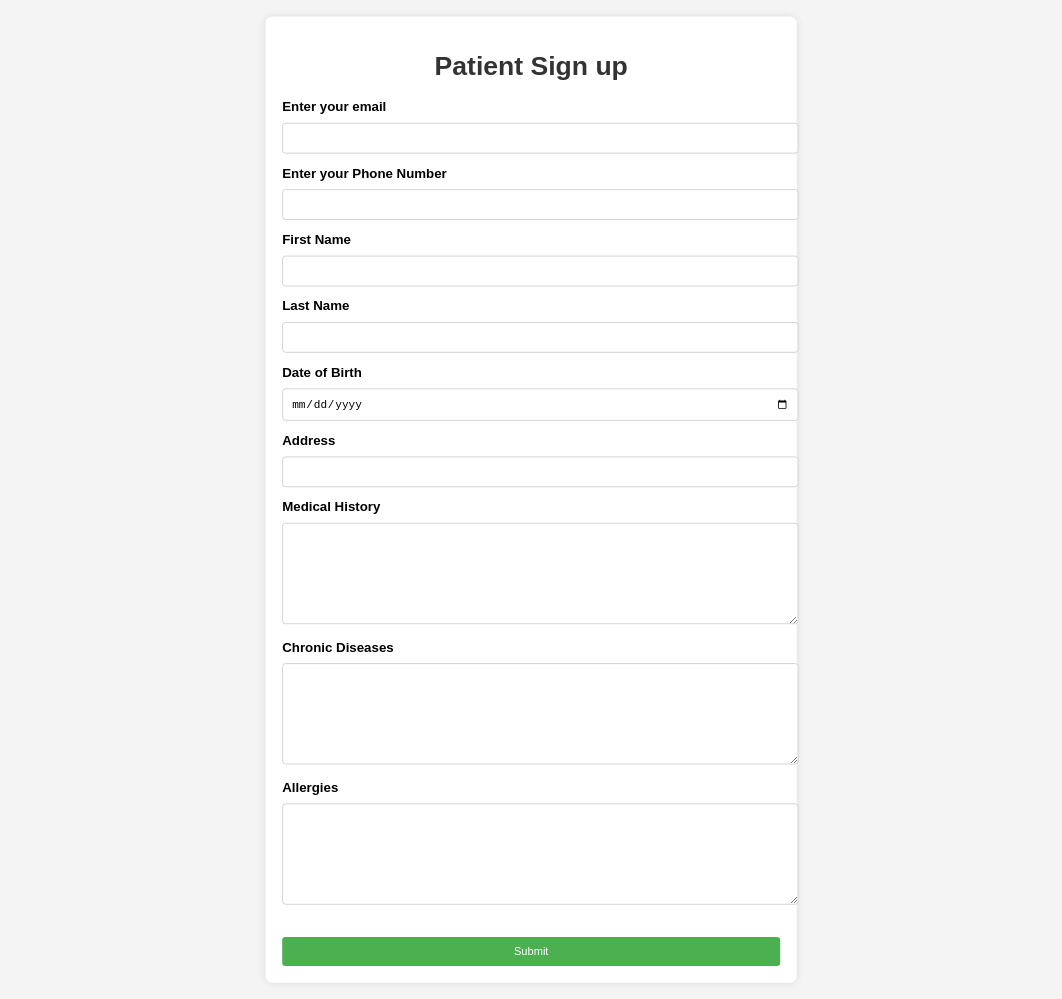
Repository: OmarAl-Saleh/Hospital-Emergency-System
Page: http://localhost/EmergencySystem/patient/sign-up.jsp
These files come from the project's save history. The page is drawn as it stood at one moment and after the next save; the edit follows.
The browser window is 1280 px wide. The pictures show the whole page, at 83% of full size.
The page is served by Tomcat 9. Other server files are loaded and not shown.

Above is the page before, as saved 2024-05-22 10:51:52.

### EmergencySystem/EmergencySystem/src/main/webapp/patient/sign-up.jsp
<!DOCTYPE html>
<html>
<head>
    <meta charset="ISO-8859-1">
    <title>Patient Profile Form</title>
    <style>
        body {
            font-family: Arial, sans-serif;
            background-color: #f4f4f4;
            margin: 0;
            padding: 20px;
        }

        form {
            background-color: white;
            padding: 20px;
            border-radius: 8px;
            box-shadow: 0 0 10px rgba(0, 0, 0, 0.1);
            max-width: 600px;
            margin: auto;
        }

        h1 {
            text-align: center;
            color: #333;
        }

        label {
            display: block;
            margin-bottom: 10px;
            font-weight: bold;
        }

        input[type="text"], input[type="date"], input[type="email"], input[type="tel"], textarea {
            width: 100%;
            padding: 10px;
            margin-bottom: 15px;
            border: 1px solid #ccc;
            border-radius: 4px;
        }

        textarea {
            height: 100px;
        }

        input[type="submit"] {
            background-color: #4CAF50;
            color: white;
            border: none;
            padding: 10px 20px;
            cursor: pointer;
            border-radius: 4px;
            width: 100%;
            margin-top: 20px;
        }

        input[type="submit"]:hover {
            background-color: #45a049;
        }
    </style>
</head>
<body>
    <form action="patient" method="post">
        <h1>Patient Sign up</h1>

        <input type="hidden" name="source" value="sign-up"/>

        <label for="email">Enter your email</label>
        <input type="email" id="email" name="email" required/>

        <label for="phoneNumber">Enter your Phone Number</label>
        <input type="tel" id="phoneNumber" name="phoneNumber" required/>

        <label for="firstName">First Name</label>
        <input type="text" id="firstName" name="firstName" required/>

        <label for="lastName">Last Name</label>
        <input type="text" id="lastName" name="lastName" required/>

        <label for="dob">Date of Birth</label>
        <input type="date" id="dob" name="dob" required/>

        <label for="address">Address</label>
        <input type="text" id="address" name="address" required/>

        <label for="medicalHistory">Medical History</label>
        <textarea id="medicalHistory" name="medicalHistory" required></textarea>

        <label for="chronicDiseases">Chronic Diseases</label>
        <textarea id="chronicDiseases" name="chronicDisease" required></textarea>

        <label for="allergies">Allergies</label>
        <textarea id="allergies" name="allergy" required></textarea>

        <input type="submit" value="Submit">
    </form>
</body>
</html>

After the next save:
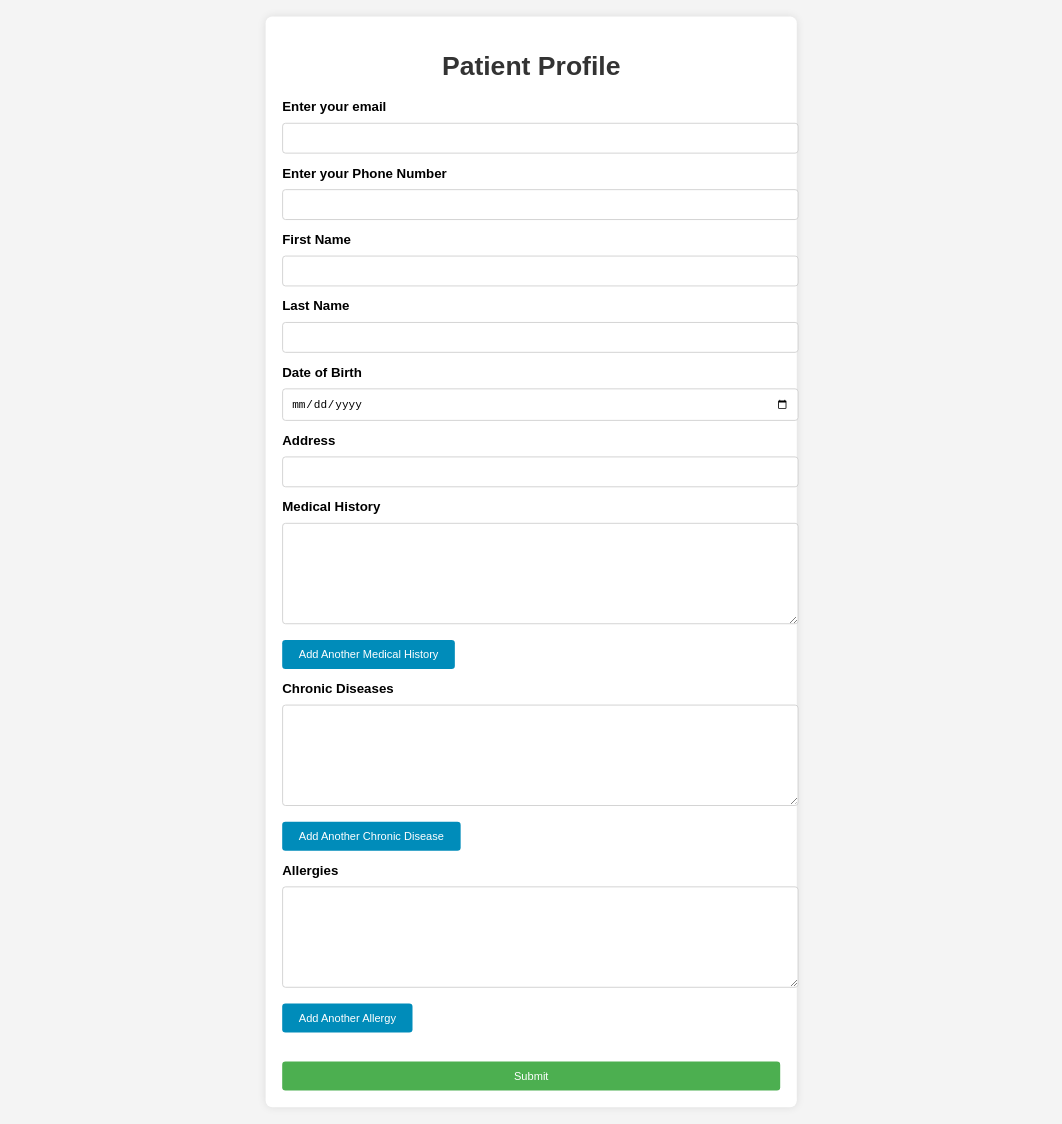
Saved 5 min 4 s later.
--- a/EmergencySystem/EmergencySystem/src/main/webapp/patient/sign-up.jsp
+++ b/EmergencySystem/EmergencySystem/src/main/webapp/patient/sign-up.jsp
@@ -57,11 +57,34 @@
         input[type="submit"]:hover {
             background-color: #45a049;
         }
+
+        .add-button {
+            background-color: #008CBA;
+            color: white;
+            border: none;
+            padding: 10px 20px;
+            cursor: pointer;
+            border-radius: 4px;
+            margin-bottom: 15px;
+        }
+
+        .add-button:hover {
+            background-color: #007bb5;
+        }
     </style>
+    <script>
+        function addField(containerId, fieldName) {
+            const container = document.getElementById(containerId);
+            const textarea = document.createElement('textarea');
+            textarea.name = fieldName + '[]';
+            textarea.required = true;
+            container.appendChild(textarea);
+        }
+    </script>
 </head>
 <body>
     <form action="patient" method="post">
-        <h1>Patient Sign up</h1>
+        <h1>Patient Profile</h1>
 
         <input type="hidden" name="source" value="sign-up"/>
 
@@ -84,13 +107,22 @@
         <input type="text" id="address" name="address" required/>
 
         <label for="medicalHistory">Medical History</label>
-        <textarea id="medicalHistory" name="medicalHistory" required></textarea>
+        <div id="medicalHistoryContainer">
+            <textarea name="medicalHistory[]" required></textarea>
+        </div>
+        <button type="button" class="add-button" onclick="addField('medicalHistoryContainer', 'medicalHistory')">Add Another Medical History</button>
 
         <label for="chronicDiseases">Chronic Diseases</label>
-        <textarea id="chronicDiseases" name="chronicDisease" required></textarea>
+        <div id="chronicDiseasesContainer">
+            <textarea name="chronicDiseases[]" required></textarea>
+        </div>
+        <button type="button" class="add-button" onclick="addField('chronicDiseasesContainer', 'chronicDiseases')">Add Another Chronic Disease</button>
 
         <label for="allergies">Allergies</label>
-        <textarea id="allergies" name="allergy" required></textarea>
+        <div id="allergiesContainer">
+            <textarea name="allergies[]" required></textarea>
+        </div>
+        <button type="button" class="add-button" onclick="addField('allergiesContainer', 'allergies')">Add Another Allergy</button>
 
         <input type="submit" value="Submit">
     </form>
